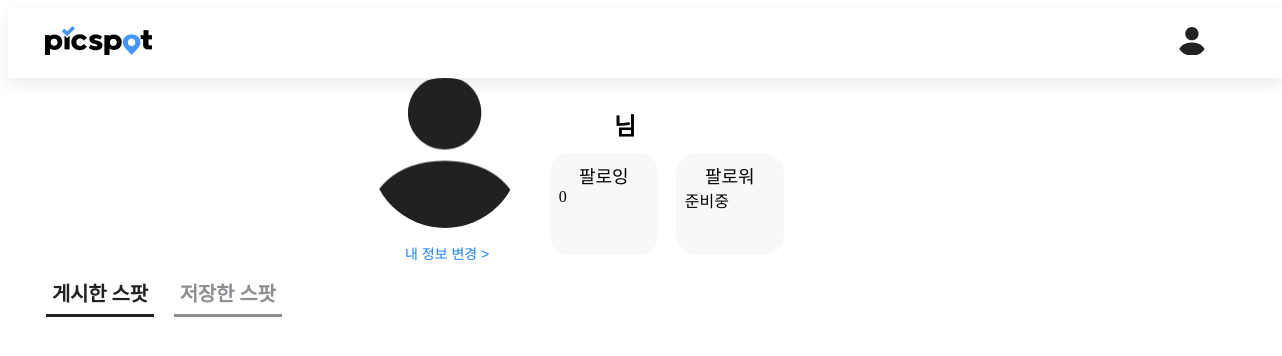
Repository: kimtanook/picspot
Page: /mypage
These files come from the project's save history. The page is drawn as it stood at one moment and after the next save; the edit follows.
The browser window is 1280 px wide. The page is 1282 px wide, so the pictures cover 1282 px, including what lies to the right of the window. The pictures show the whole page.
The page's requests for data from a server got no answer. The project was rebuilt for these pictures with package versions that can differ from the ones it lists, and the page was loaded fresh each time. Some packages were replaced by stand-ins written for this rebuild. The framework's server and built-in components were replaced by stand-ins that run in the browser. No one was signed in, and anything a server would have sent is missing. Also part of the build but not shown: next.config.js, components/main/auth/AuthSocial.tsx, components/main/auth/Auth.tsx, components/main/auth/AuthSignUp.tsx, components/main/auth/AuthForgot.tsx, components/ModalLogin.tsx, components/mypage/Profile/ModalProfile.tsx, components/mypage/MyCollectPost.tsx and 5 more.

Above is the page before, as saved 2023-02-23 11:50:30.

### pages/_app.tsx
import type { AppProps } from 'next/app';
import { QueryClient, QueryClientProvider } from 'react-query';

const client = new QueryClient({
  defaultOptions: {
    queries: {
      refetchOnWindowFocus: false,
    },
  },
});

export default function App({ Component, pageProps }: AppProps) {
  return (
    <QueryClientProvider client={client}>
      <Component {...pageProps} />
    </QueryClientProvider>
  );
}

### pages/_document.tsx
import { Html, Head, Main, NextScript } from 'next/document';
import Script from 'next/script';

export default function Document() {
  return (
    <Html lang="en">
      <Head />
      <body>
        <Main />
        <NextScript />

        <Script
          type="text/javascript"
          src={`//dapi.kakao.com/v2/maps/sdk.js?appkey=${process.env.NEXT_PUBLIC_KAKAO_API_KEY}&libraries=services,clusterer&autoload=false`}
          strategy="beforeInteractive"
        />
      </body>
    </Html>
  );
}

### pages/mypage/index.tsx
import Header from '@/components/Header';
import Seo from '@/components/Seo';
import Profile from '@/components/mypage/Profile/Profile';
import CollectionList from '@/components/mypage/CollectionList';
import { getData, getFollwing, getUser } from '@/api';
import { authService } from '@/firebase';
import Image from 'next/image';
import { useQuery } from 'react-query';
import styled from 'styled-components';
import { uuidv4 } from '@firebase/util';
import MyPostList from '@/components/mypage/MyPostList';
import { useState } from 'react';
import Masonry from 'react-responsive-masonry';

export default function Mypage() {
  const [currentUser, setCurrentUser] = useState(false);
  const [onSpot, setOnSpot] = useState(true);
  const [more, setMore]: any = useState(true);
  const followingCount = getUser.length;

  //* useQuery 사용해서 데이터 불러오기
  const { data } = useQuery('data', getData);
  //* useQuery 사용해서 following 데이터 불러오기
  const {
    data: followingData,
    isLoading,
    isError,
  } = useQuery('followingData', getFollwing);
  // console.log('followingData: ', followingData);

  //* useQuery 사용해서 userData 데이터 불러오기
  const { data: userData } = useQuery('userData', getUser);
  // console.log('userData: ', userData);

  //* 팔로잉한 사람 프로필 닉네임 뽑아오기
  //? 팔로잉한 사람 uid를 배열에 담았습니다.
  const authFollowingUid = followingData
    ?.filter((item: any) => {
      return item.uid === authService?.currentUser?.uid;
    })
    ?.find((item: any) => {
      return item.follow;
    })?.follow;
  // console.log('authFollowingUid: ', authFollowingUid);

  //? user의 item.uid과 팔로잉한 사람 uid의 교집합을 배열에 담았습니다.
  const followingUser = userData?.filter((item: any) =>
    authFollowingUid?.includes(item.uid)
  );
  // console.log('followingUser: ', followingUser);

  if (isLoading) return <h1>로딩 중입니다.</h1>;
  if (isError) return <h1>연결이 원활하지 않습니다.</h1>;

  return (
    <>
      <Seo title="My" />
      <Header />
      <MyContainer>
        <MyProfileContainer>
          <Profile followingCount={followingCount} />
        </MyProfileContainer>
        {followingUser?.map((item: any) => (
          <div key={item.uid} style={{ display: 'flex', flexDirection: 'row' }}>
            <div>{item.userName}</div>
            <Image src={item.userImg} alt="image" height={100} width={100} />
          </div>
        ))}
      </MyContainer>
      {/* 내 게시물과 저장한 게시물입니다 */}
      <AllMyPostList>
        <div style={{ paddingBottom: '10px' }}>
          {onSpot ? (
            <>
              <BlackBtn onClick={() => setOnSpot(true)}>게시한 스팟</BlackBtn>
              <GrayBtn onClick={() => setOnSpot(false)}>저장한 스팟</GrayBtn>
            </>
          ) : (
            <>
              <GrayBtn onClick={() => setOnSpot(true)}>게시한 스팟</GrayBtn>
              <BlackBtn onClick={() => setOnSpot(false)}>저장한 스팟</BlackBtn>
            </>
          )}
        </div>

        <GridBox>
          {onSpot ? (
            <MyPostList more={more} setMore={setMore} />
          ) : (
            <CollectionList postData={data} />
          )}
        </GridBox>
      </AllMyPostList>
    </>
  );
}

const MyContainer = styled.div`
  width: 100%;
  /* height: 55vh; */
  display: flex;
  flex-wrap: wrap;
  justify-content: center;
  align-items: center;
  flex-direction: column;
`;
const MyProfileContainer = styled.div`
  width: 600px;
  height: 200px;
`;

const AllMyPostList = styled.div`
  margin: auto;
  width: 1188px;
`;

const GridBox = styled.div`
  width: 1188px;
  margin-top: 19px;
  display: inline-flex;

  justify-content: space-between;
`;

const GrayBtn = styled.button`
  font-size: 20px;
  font-weight: 700;
  border: none;
  background-color: white;
  color: #8e8e93;
  border-bottom: 3px solid #8e8e93;
  padding-bottom: 5px;
  margin-right: 20px;
  line-height: 30px;
  letter-spacing: -0.015em;
  :hover {
    border-bottom: 3.5px solid #212121;
    color: #212121;
    transition: all 0.3s;
  }
`;
const BlackBtn = styled.button`
  font-size: 20px;
  font-weight: 700;
  border: none;
  background-color: white;
  color: #212121;
  border-bottom: 3.5px solid #212121;
  padding-bottom: 5px;
  margin-right: 20px;
  line-height: 30px;
  letter-spacing: -0.015em;
`;

### components/Header.tsx
import { authService } from '@/firebase';
import Link from 'next/link';
import { ChangeEventHandler, useEffect, useState } from 'react';
import styled from 'styled-components';

import ModalLogin from '@/components/ModalLogin';
import { useRouter } from 'next/router';

const Header = ({
  selectCity,
  onChangeSelectCity,
}: {
  selectCity: string | undefined;
  onChangeSelectCity: ChangeEventHandler<HTMLSelectElement> | undefined;
}) => {
  const [currentUser, setCurrentUser] = useState(false);
  const [closeLoginModal, setCloseLoginModal] = useState(false);
  const [userImg, setUserImg] = useState<string | null>(null);
  const router = useRouter();
  console.log('router : ', router.route);
  const nowUser = authService.currentUser;
  // 로그인 모달 창 버튼
  const closeLoginModalButton = () => {
    setCloseLoginModal(!closeLoginModal);
  };

  useEffect(() => {
    if (authService.currentUser) {
      setCurrentUser(true);
      setUserImg(authService.currentUser.photoURL);
    }
  }, [nowUser]);
  return (
    <HeaderContainer>
      {/* picspot */}
      <Link href="/" style={{ color: 'black', textDecorationLine: 'none' }}>
        <Title
          onClick={() => {
            // sessionStorage.clear();
            localStorage.clear();
          }}
        >
          <img src="/logo.png" />
        </Title>
      </Link>
      {router.route === '/main' ? (
        <CityCategory value={selectCity} onChange={onChangeSelectCity}>
          <option value="제주전체">제주전체</option>
          <option value="제주시">제주시</option>
          <option value="서귀포시">서귀포시</option>
        </CityCategory>
      ) : null}
      {/* 로그인, 로그아웃, 마이페이지 버튼 */}
      {closeLoginModal && (
        <ModalLogin closeLoginModal={closeLoginModalButton} />
      )}
      {currentUser ? (
        <div onClick={() => router.push('/mypage')}>
          <Profile>
            {userImg ? (
              <ProfileImg src={userImg} />
            ) : (
              <ProfileImg src="/profileicon.svg" />
            )}
          </Profile>
        </div>
      ) : (
        <div onClick={closeLoginModalButton}>
          <Profile>
            <ProfileImg src="/profileicon.svg" />
          </Profile>
        </div>
      )}
    </HeaderContainer>
  );
};

export default Header;

const HeaderContainer = styled.div`
  background-color: white;
  display: flex;
  width: 1440px;
  margin: auto;
  padding: 0 37px 0 37px;
  justify-content: space-between;
  align-items: center;
  text-align: center;
  height: 70px;
  box-shadow: 0px 6px 15px rgba(0, 0, 0, 0.08);
  @media only screen and (max-width: 1400px) {
    width: 1200px;
  }
  @media only screen and (max-width: 900px) {
    width: 760px;
    margin-left: 35%;
  }
  @media only screen and (max-width: 600px) {
    width: 380px;
  }
`;
const Title = styled.div`
  width: 107px;
  font-weight: 900;
  font-size: 24px;
  cursor: pointer;
`;

const CityCategory = styled.select`
  text-align: center;
  background-color: inherit;
  font-size: 24px;
  border: none;
  border-radius: 20px;
  height: 40px;
`;
const Profile = styled.div`
  width: 107px;
  background-color: inherit;
`;
const ProfileImg = styled.img`
  border-radius: 50%;
  width: 30px;
  height: 30px;
  cursor: pointer;
`;

### components/Seo.tsx
import Head from 'next/head';

export default function Seo({ title }: any) {
  return (
    <Head>
      <title>{title} | PicSpot </title>
    </Head>
  );
}

### components/mypage/Profile/Profile.tsx
import styled from 'styled-components';
import { useEffect, useRef, useState } from 'react';
import { authService, storageService } from '@/firebase';
import { signOut, updateProfile } from 'firebase/auth';
import { uploadString, getDownloadURL, ref } from 'firebase/storage';
import { v4 as uuidv4 } from 'uuid';
import { customAlert } from '@/utils/alerts';
import { useMutation } from 'react-query';
import { updateUser } from '@/api';
import Link from 'next/link';
import ModalProfile from './ModalProfile';

const imgFile = '/profileicon.svg';

interface propsType {
  followingCount: number;
}

const Profile = ({ followingCount }: propsType) => {
  const profileimg = authService?.currentUser?.photoURL ?? imgFile;
  const [editProfileModal, setEditProfileModal] = useState(false);
  const [imgEdit, setImgEdit] = useState<string>(profileimg);
  const [currentUser, setCurrentUser] = useState(false);
  const [nicknameEdit, setNicknameEdit] = useState<string>(
    authService?.currentUser?.displayName as string
  );
  const [userImg, setUserImg] = useState<string | null>(null);
  const nowUser = authService.currentUser;
  const imgRef = useRef<HTMLInputElement>(null);

  // 프로필 수정하기
  // const profileEdit = () => {
  //   localStorage.removeItem('imgURL');
  //   setEditProfileModal(!editProfileModal);
  // };

  // const handleNicknameChange = (e: ChangeEvent<HTMLInputElement>) => {
  //   setNicknameEdit(e.target.value);
  // };
  //* useMutation 사용해서 user 데이터 수정하기
  const { mutate: onUpdateUser } = useMutation(updateUser);

  let editUser: any = {
    uid: authService.currentUser?.uid,
    userName: '',
    userImg: '',
  };

  // 프로필 수정 모달 창 버튼
  const editProfileModalButton = () => {
    setEditProfileModal(!editProfileModal);
  };

  useEffect(() => {
    if (authService.currentUser) {
      setCurrentUser(true);
      setUserImg(authService.currentUser.photoURL);
    }
  }, [nowUser]);

  // 전체 프로필 수정을 완료하기
  const profileEditComplete = async () => {
    const imgRef = ref(
      storageService,
      `${authService.currentUser?.uid}${uuidv4()}`
    );

    const imgDataUrl = localStorage.getItem('imgURL');
    let downloadUrl;
    if (imgDataUrl) {
      const response = await uploadString(imgRef, imgDataUrl, 'data_url');
      downloadUrl = await getDownloadURL(response.ref);
    }

    //* 프로필 변경 시 user 수정하기
    editUser = {
      ...editUser,
      userName: nicknameEdit,
      userImg: downloadUrl,
    };
    onUpdateUser(editUser, {
      onSuccess: () => {
        console.log('유저수정 요청 성공');
      },
      onError: () => {
        console.log('유저수정 요청 실패');
      },
    });

    await updateProfile(authService?.currentUser!, {
      displayName: nicknameEdit,
      photoURL: downloadUrl ?? null,
    })
      .then((res) => {
        customAlert('프로필 수정 완료하였습니다!');
      })
      .then(() => {
        setEditProfileModal(!editProfileModal);
      })
      .catch((error) => {
        console.log(error);
      });
  };

  // 전체 프로필 수정을 취소하기
  const profileEditCancle = () => {
    setImgEdit((authService?.currentUser?.photoURL as string) ?? imgFile);
    setNicknameEdit(authService?.currentUser?.displayName as string);
    setEditProfileModal(!editProfileModal);
  };
  // 로그아웃
  const logOut = () => {
    signOut(authService).then(() => {
      // Sign-out successful.
      localStorage.clear();
      setCurrentUser(false);
      customAlert('로그아웃에 성공하였습니다!');
    });
  };
  return (
    <ProfileContainer>
      {/* 프로필 수정 버튼 props */}
      {editProfileModal && (
        <ModalProfile
          profileEditCancle={profileEditCancle}
          profileEditComplete={profileEditComplete}
          editProfileModal={editProfileModalButton}
          imgEdit={imgEdit}
          setImgEdit={setImgEdit}
          nicknameEdit={nicknameEdit}
        />
      )}
      <ProfileEdit>
        {/* 사진 */}
        <div>
          <ProfileImage img={imgEdit}></ProfileImage>
          {/* 프로필 수정 */}
          <ProfileEditBtn onClick={editProfileModalButton}>
            내 정보 변경 {'>'}{' '}
          </ProfileEditBtn>
        </div>
      </ProfileEdit>
      <ProfileText>
        <ProfileTextdiv>
          {/* 닉네임 */}
          <ProfileNickname>
            {authService.currentUser?.displayName}님
          </ProfileNickname>
          {/* 로그아웃 */}
          <Link href={'/main?city=제주전체'}>
            {authService.currentUser ? (
              <LogoutButton onClick={logOut}>로그아웃</LogoutButton>
            ) : null}
          </Link>
        </ProfileTextdiv>

        <Follow>
          <MyProfileFollowing>
            <FollowingText>팔로잉</FollowingText>
            <FollowingCount>{followingCount}</FollowingCount>
          </MyProfileFollowing>
          <MyProfileFollower>
            <FollowerText>팔로워</FollowerText>
            <FollowerCount>준비중</FollowerCount>
          </MyProfileFollower>
        </Follow>
      </ProfileText>
    </ProfileContainer>
  );
};
export default Profile;

const ProfileContainer = styled.div`
  display: flex;
  justify-content: center;
  align-items: center;
`;

const ProfileEdit = styled.div`
  padding-right: 15px;
`;
const ProfileImage = styled.div<{ img: string }>`
  width: 150px;
  height: 150px;
  border-radius: 100px;
  background-size: cover;
  background-image: url(${(props) => props.img});
  background-position: center center;
`;

const ProfileEditBtn = styled.button`
  border: none;
  background-color: transparent;
  color: #1882ff;
  display: flex;
  justify-content: center;
  align-items: center;
  font-size: 14px;
  padding-top: 15px;
  padding-left: 35px;
  cursor: pointer;
`;

const ProfileText = styled.div`
  padding-left: 15px;
  width: 60%;
`;
const ProfileTextdiv = styled.div`
  display: flex;
  place-items: flex-end;
`;

const ProfileNickname = styled.div`
  padding-top: 20px;
  width: 150px;
  height: 36px;
  font-style: normal;
  font-weight: 700;
  font-size: 24px;
  text-align: center;
`;
const LogoutButton = styled.button`
  color: #8e8e93;
  border: none;
  background-color: transparent;
  text-decoration-line: underline;
  font-weight: 400;
  font-size: 14px;
  width: 80px;
  height: 40px;
  cursor: pointer;
`;
const Follow = styled.div`
  display: grid;
  grid-template-columns: 35% 35%;
  margin-top: 10px;
`;
const MyProfileFollowing = styled.div`
  border-radius: 20px;
  background-color: #f8f8f8;
  padding: 7%;
  width: 90px;
  height: 85px;
`;

const FollowingText = styled.div`
  color: 5B5B5F;
  font-size: 18px;
  /* width: 90px;
  height: 85px; */
  text-align: center;
`;
const FollowingCount = styled.div``;

const MyProfileFollower = styled.div`
  border-radius: 20px;
  background-color: #f8f8f8;
  padding: 7%;
  width: 90px;
  height: 85px;
`;
const FollowerText = styled.div`
  color: 5B5B5F;
  font-size: 18px;
  /* width: 90px;
  height: 85px; */
  text-align: center;
`;
const FollowerCount = styled.div``;

### firebase.tsx
import { initializeApp } from 'firebase/app';
import { getAuth } from 'firebase/auth';
import { getFirestore } from 'firebase/firestore';
import { getStorage } from 'firebase/storage';

const firebaseConfig = {
  apiKey: 'AIzaSyC3lI52U435rGzI0LQQ8RcSziDW_9pV8pM',
  authDomain: 'ts-todoself.firebaseapp.com',
  projectId: 'ts-todoself',
  storageBucket: 'ts-todoself.appspot.com',
  messagingSenderId: '772320960122',
  appId: '1:772320960122:web:9c0b5f6445d950151ba5c3',
};

const app = initializeApp(firebaseConfig);
const authService = getAuth(app);
const dbService = getFirestore(app);
const storageService = getStorage(app);

export { app, authService, dbService, storageService };

// apiKey: 'AIzaSyC3lI52U435rGzI0LQQ8RcSziDW_9pV8pM',
// authDomain: 'ts-todoself.firebaseapp.com',
// projectId: 'ts-todoself',
// storageBucket: 'ts-todoself.appspot.com',
// messagingSenderId: '772320960122',
// appId: '1:772320960122:web:9c0b5f6445d950151ba5c3',

// 도훈님
// apiKey: 'AIzaSyB55_CpuAdFJS3NNtifXSZR5mDaWP_HT2E',
// authDomain: 'picspot2.firebaseapp.com',
// projectId: 'picspot2',
// storageBucket: 'picspot2.appspot.com',
// messagingSenderId: '32694262243',
// appId: '1:32694262243:web:c366d0f0a141da0c8f68d6',

// 기동sla picspot22
// apiKey: "AIzaSyC0ZFhe2fsGDxsiXg8zCZIkwr3d3vGpo20",
// authDomain: "picspot22-a7280.firebaseapp.com",
// projectId: "picspot22-a7280",
// storageBucket: "picspot22-a7280.appspot.com",
// messagingSenderId: "1015895283247",
// appId: "1:1015895283247:web:f960a7398c0b46de5798da",

// official
// apiKey: 'AIzaSyCxKx4AXNnQpn6q6fFK6VxvTMEgKChM10o',
//   authDomain: 'picspot-2e239.firebaseapp.com',
//   projectId: 'picspot-2e239',
//   storageBucket: 'picspot-2e239.appspot.com',
//   messagingSenderId: '250271284271',
//   appId: '1:250271284271:web:967a7916cc654f6f39dada',

// test
// apiKey: "AIzaSyAm1Oo1wlRi_pfmI4hiS_Z-xSURpgsSrX0",
//   authDomain: "testpicspot.firebaseapp.com",
//   projectId: "testpicspot",
//   storageBucket: "testpicspot.appspot.com",
//   messagingSenderId: "110955419725",
//   appId: "1:110955419725:web:7fad0ffe45eb75af49e404"

// apiKey: 'AIzaSyAm1Oo1wlRi_pfmI4hiS_Z-xSURpgsSrX0',
// authDomain: 'testpicspot.firebaseapp.com',
// projectId: 'testpicspot',
// storageBucket: 'testpicspot.appspot.com',
// messagingSenderId: '110955419725',
// appId: '1:110955419725:web:7fad0ffe45eb75af49e404',

### components/mypage/MyPostList.tsx
import { getCollection, getData, getTownData, getTownDataJeju } from '@/api';
import { authService } from '@/firebase';
import Image from 'next/image';
import { useQuery } from 'react-query';
import styled from 'styled-components';
import Link from 'next/link';
import { useState } from 'react';
import { uuidv4 } from '@firebase/util';
import Town from './Town';
import Masonry from 'react-responsive-masonry';

const MyPostList = ({ setMore, more }: any) => {
  //* useQuery 사용해서 데이터 불러오기
  const { data } = useQuery('data', getData);
  //* 전체에서 가져온 데이터에서 내가 작성한 포스터들만 가져왔다.
  const myPostList = data?.map((item: any) => {
    if (item.creator === authService.currentUser?.uid) {
      return item.id;
    }
  });

  // * 포스터 data중 내가 만든 것
  const categoryId = data?.filter((item: any) => myPostList?.includes(item.id));
  //* 만든 것 중 town 값만 고르기
  const myCollectPost = categoryId?.filter((item: any) => {
    return item.town;
  });
  //* town값을 골라 map 돌리기
  const myCollectPostTown = myCollectPost?.map((item: any) => {
    return item.town;
  });
  //* map돌린 배열에서 중복된 값 합치기
  const myCollectTownArr = [...new Set(myCollectPostTown)];
  // console.log('게시물들', myCollectTownArr);

  return (
    <>
      <Masonry columnsCount={3} style={{ gap: '45px' }}>
        {myCollectTownArr?.map((item: any) => (
          <div>
            <Town value={item} more={more} setMore={setMore} />
          </div>
        ))}
      </Masonry>
    </>
  );
};

export default MyPostList;

### utils/alerts.tsx
import Swal from 'sweetalert2';

/**
 * @description 커스텀 컨펌 입니다.
 * @param {string} title 타이틀
 * @param {string} text 내용
 * @param {string} confirmButton 확인 버튼 텍스트
 * @param {Function} confirmed 확인 후 동작할 함수
 */
export const customConfirm = (
  title: string,
  text: string,
  confirmButton: string,
  confirmed: Function
) => {
  Swal.fire({
    title: title,
    text: text,
    icon: 'warning',
    showCancelButton: true,
    confirmButtonColor: '#3085d6',
    cancelButtonColor: '#d33',
    confirmButtonText: confirmButton,
    cancelButtonText: '취소',
    // id값이 맞아야 삭제가 되는데.....
  }).then((result: any) => {
    if (result.isConfirmed) {
      confirmed();
    }
  });
};

/**
 * @description 커스텀 alert 입니다.
 * @param {string} title 타이틀
 */
export const customAlert = (title: string) => {
  Swal.fire({
    icon: 'warning',
    title: title,
    confirmButtonColor: '#3085d6',
  });
};

Loaded but not shown: api.tsx (328 lines, source omitted)

After the next save:
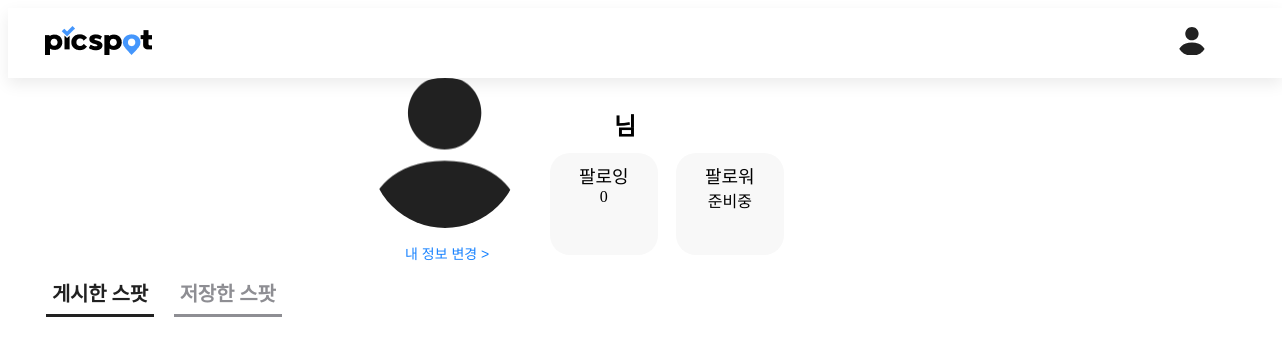
Saved 25 s later.
--- a/components/mypage/Profile/Profile.tsx
+++ b/components/mypage/Profile/Profile.tsx
@@ -241,6 +241,7 @@
   padding: 7%;
   width: 90px;
   height: 85px;
+  text-align: center;
 `;
 
 const FollowingText = styled.div`
@@ -248,7 +249,6 @@
   font-size: 18px;
   /* width: 90px;
   height: 85px; */
-  text-align: center;
 `;
 const FollowingCount = styled.div``;
 
@@ -258,12 +258,12 @@
   padding: 7%;
   width: 90px;
   height: 85px;
+  text-align: center;
 `;
 const FollowerText = styled.div`
   color: 5B5B5F;
   font-size: 18px;
   /* width: 90px;
   height: 85px; */
-  text-align: center;
 `;
 const FollowerCount = styled.div``;
